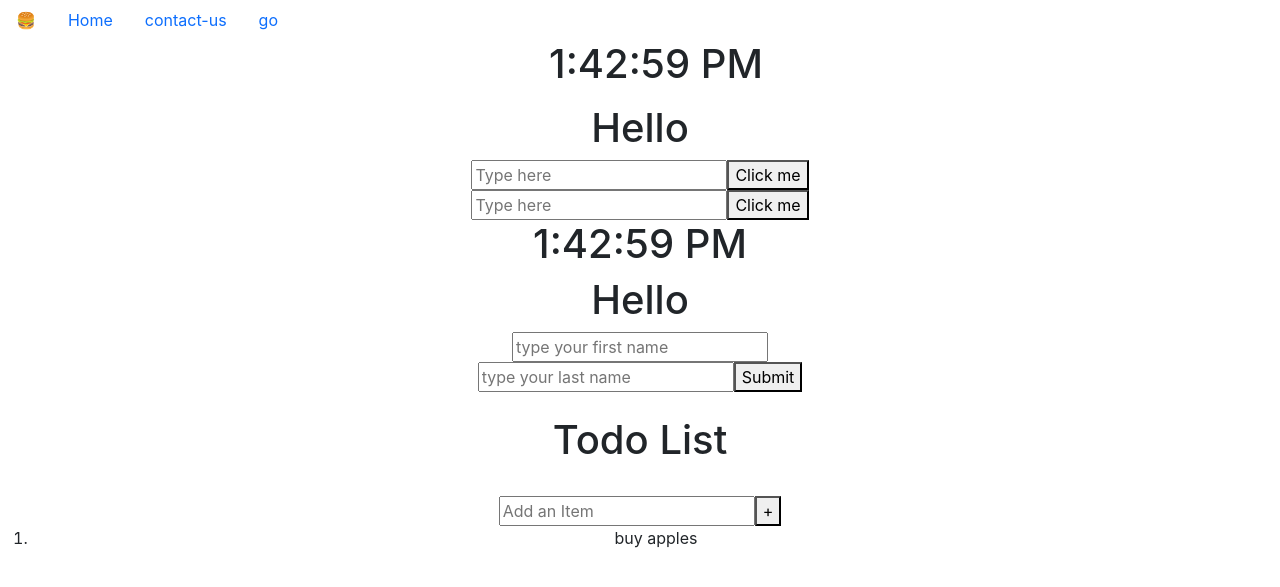
Repository: shah-zx/React-learning
Page: /
An editor plug-in stored every save of this project. The page is shown before and after the next save, followed by the edit.
The browser window is 1280 px wide. The pictures show the whole page.
The project was rebuilt for these pictures with package versions that can differ from the ones it lists, and the page was loaded fresh each time. Also part of the build but not shown: src/components/Greet.js, src/components/Welcome.js, src/components/Swagat.js, src/components/Namaste.js, src/components/Hello.js, src/components/ayiye.js, src/components/Message.js, src/components/Thought.js and 47 more. Imported but missing from the stored project, and not drawn on this page: src/components/Indexaskeyantipattern.

Above is the page before, as saved 2021-11-12 22:21:01.

### public/index.html
<!DOCTYPE html>
<html lang="en">
  <head>
    <meta charset="utf-8" />
    <link rel="icon" href="%PUBLIC_URL%/favicon.ico" />
    <meta name="viewport" content="width=device-width, initial-scale=1" />
    <meta name="theme-color" content="#000000" />
    <meta
      name="description"
      content="Textutility is a text based utility whuc can be used to manipulate your text in way you want"
    />
    <link rel="apple-touch-icon" href="%PUBLIC_URL%/logo192.png" />
    <!--
      manifest.json provides metadata used when your web app is installed on a
      user's mobile device or desktop. See https://developers.google.com/web/fundamentals/web-app-manifest/
    -->
    <link rel="manifest" href="%PUBLIC_URL%/manifest.json" />
    <!--Bootstrap CSS-->
    <link href="https://cdn.jsdelivr.net/npm/bootstrap@5.1.3/dist/css/bootstrap.min.css" rel="stylesheet" integrity="sha384-1BmE4kWBq78iYhFldvKuhfTAU6auU8tT94WrHftjDbrCEXSU1oBoqyl2QvZ6jIW3" crossorigin="anonymous">
    <!--
      Notice the use of %PUBLIC_URL% in the tags above.
      It will be replaced with the URL of the `public` folder during the build.
      Only files inside the `public` folder can be referenced from the HTML.

      Unlike "/favicon.ico" or "favicon.ico", "%PUBLIC_URL%/favicon.ico" will
      work correctly both with client-side routing and a non-root public URL.
      Learn how to configure a non-root public URL by running `npm run build`.
    -->
    <title>Infuzex</title>
  </head>
  <body>
    <noscript>You need to enable JavaScript to run this app.</noscript>
    <div id="root"></div>
    <div id="portal-root"></div>

    <!--
      This HTML file is a template.
      If you open it directly in the browser, you will see an empty page.

      You can add webfonts, meta tags, or analytics to this file.
      The build step will place the bundled scripts into the <body> tag.

      To begin the development, run `npm start` or `yarn start`.
      To create a production bundle, use `npm run build` or `yarn build`.
    -->
    <!--Bootstrap JS-->
  <script src="https://cdn.jsdelivr.net/npm/bootstrap@5.1.3/dist/js/bootstrap.bundle.min.js" integrity="sha384-ka7Sk0Gln4gmtz2MlQnikT1wXgYsOg+OMhuP+IlRH9sENBO0LRn5q+8nbTov4+1p" crossorigin="anonymous"></script>
 </body>
</html>

### src/App.js
import logo from './logo.svg';
import './App.css';
import React, { useState } from 'react';
import Greet from './components/Greet'
import Welcome from './components/Welcome'
import Swagat from './components/Swagat'
import Namaste from './components/Namaste'
import Hello from './components/Hello'
import Ayiye from './components/ayiye';
import Message from './components/Message'
import Thought from './components/Thought'
import Counter from './components/Counter'
import Functionalclick from './components/Functionalclick'
import Eventbind from './components/Eventbind'
import ParentComponent from './components/ParentComponent';
import CoditionalRendering from './components/CoditionalRendering';
import Namelist from './components/Namelist';
import Indexaskeyantipattern from './components/Indexaskeyantipattern'
import Stylesheet from './components/Stylesheet'
import Inline from './components/Inline'
import './appStyles.css'
import styles from './appStyles.module.css'
import Form from './components/Form';
import Fragments from './components/Fragments';
import Tables from './components/Tables';
import Columns from './components/Columns';
import Purecomponents from './components/Purecomponents'
import Parentcomp from './components/Parentcomp';
import MemoComp from './components/MemoComp'
import RefsDemo from './components/RefsDemo';
import Focusinput from './components/Focusinput'
import FRparentinput from './components/FRparentinput';
import Portaldemo from './components/Portaldemo'
import Practice1 from './components/Practice1';
import Practice2 from './components/Practice2';
import Clickcounter from './components/Clickcounter';
import HoverCount from './components/HoverCount'
import Componentone from './components/Componentone'
import ClickcounterTwo from './components/ClickcounterTwo';
import HovercounterTwo from './components/HovercounterTwo'
import Hovering from './components/Hovering';
import User from './components/User'
import Counterforcountandhover from './components/Counterforcountandhover';
import Navbar from './components/Navbar';
import TextForm from './components/TextForm';
import About from './components/About';
import Alert from './components/Alert';
import {
  BrowserRouter as Router,
  Switch,
  Route,
  Link

} from "react-router-dom";
import One from './practice_components/One';
import Alert_pr from './practice_components/Alert_pr';
import Footer from './components/Footer';
import Textarea from './practice_components/Textarea';
import NotesState from '../src/context/notes/NotesState'
import Hooks from './practice_components/Hooks';
import Time from './practice_components/Time';
import Dclock from './practice_components/Dclock';
import Handlingevents from './practice_components/Handlingevents'
import Forms from './practice_components/Forms';
import Login from './practice_components/Login';
import Todo from './practice_components/Todo'
function App() {
  // const [darkMode , setDarkMode] = useState(false)  // Wether dark mode is enabled or disabled //
  const [alert, setAlert] = useState(null);  // This is used for setting the state //
  const showAlert = (message, type) => {    // This is for showing the alert

    setAlert({
      msg: message,
      type: type
    })
    setTimeout(() => {  // This will help us to fade out the text message after 2 seconds //
      setAlert(null);
    }, 2000);
  }

  return (
    <>
    <NotesState>
      <Router>

        <div className="App">
          {

            <Navbar title= "🍔" Abouttext="Home" cont="contact-us" hello="go" />
       // Passing the props //
      /*      <Greet name = "hamza" heroName = "Batman"/>
      {/* <Greet name = ""  <Greet name = "shahnawaz" superName = "Superman"/>
      <Greet name = "rahul" wonderName = "women"/>

      {/*<Welcome />
      <Swagat />
      <Namaste />
      <Hello />
      <Ayiye naam="shahnawaz" elder="Brother" />
      <Ayiye naam="hamza" younger="Brother" /> */}
          {/* <Greet name="shahnawaz" heroName="Batman" /> */}
          {/* <Greet /> */}
          {/* <Welcome name="Hamza" heroName="Superman" /> */}
          {/* <Message />
      <Thought />
      <Counter /> */}
          {/* <ParentComponent /> */}
          {/* <Functionalclick /> */}
          {/* <Eventbind /> */}
          {/* <CoditionalRendering /> */}
          {/* <Namelist />  */}
          {/* <Indexaskeyantipattern /> */}
          {/* <Stylesheet primary = {true} />
      <Inline />
      <h1 className='error'>Error</h1>
      <h1 className={styles.success}>Success</h1>
      <Form /> */}
          {/* <Purecomponents /> */}
          {/* <Fragments /> */}
          {/* <Tables /> */}
          {/* <Parentcomp /> */}
          {/* <MemoComp /> */}
          {/* <Practice1 naam="romeo" herokanaam="billu" /> */}
          {/* <Hello />
      <RefsDemo />
      <Focusinput />
      <FRparentinput />
      <Portaldemo /> */}
          {/* <Practice2 /> */}
          {/* <Clickcounter /> */}
          {/* <HoverCount /> */}
          {/* <Componentone /> */}
          {/* <ClickcounterTwo /> */}
          {/* <HovercounterTwo /> */}
          {/* <Hovering /> */}
          {/* <User render={(isLoggedIn) => isLoggedIn ? 'Rendered' : 'Guest'} />   */}
          {/* <Counterforcountandhover render = {(count , incrementCount) => <ClickcounterTwo count = {count} incrementCount = {incrementCount}/> }/> */}
          {/* <Counterforcountandhover render = {(count , incrementCount) => <Hovering count = {count} incrementCount = {incrementCount}/> }/> */}
          {/* <Hooks/>
          <Time /> */}
          <Forms/>
          {/* <Handlingevents /> */}
          <Dclock/>
          <Login />
          <Todo />
          <Alert alert={alert} />
          {/* <div className="alert">
            <Alert_pr showAlert={showAlert} />
          </div>
          <div classname="greet">
            <Greet />
          </div>
          <div className="container my-3" >
            <Switch>
              <Route path="/about">
                <About />
                {/* <Ayiye/> */}
              {/* </Route>
              <Route path="/">
                <TextForm showAlert={showAlert} heading="Enter the text to see :" />
                <div className="txt">
                  <Textarea st="checkbox"/>
                </div>
                <div className="red_card">
                  <One />
                  <div className="container">
                    <Footer heading = "Footer" link1 = "Facebook" ls = "Twitter" oneLink = "Instagram" secLink = "LinkedIn"/>
                  </div>
                </div>
              </Route>
            </Switch>
            {/* <About /> */}
          </div>
          {/* <About /> */}
        {/* </div> */}
      </Router>
    </NotesState>
    </>
  );
}

export default App;  // This is the place where we have exported our App //

// Functional components : takes properties ( a js function takes the props and returns the jsx code --> HTML code )
// As soon as we import the Greet Component we have to import it to our main App.js and use it as an html tag
// Class components : They can also recieve input as props and retun html code
// It can maintain some data private to that component
// The user component will make sure the user is logged in or not

### src/App.css
.App {
  text-align: center;
}

.App-logo {
  height: 40vmin;
  pointer-events: none;
}

@media (prefers-reduced-motion: no-preference) {
  .App-logo {
    animation: App-logo-spin infinite 20s linear;
  }
}

.App-header {
  background-color: #282c34;
  min-height: 100vh;
  display: flex;
  flex-direction: column;
  align-items: center;
  justify-content: center;
  font-size: calc(10px + 2vmin);
  color: white;
}

.App-link {
  color: #61dafb;
}

@keyframes App-logo-spin {
  from {
    transform: rotate(0deg);
  }
  to {
    transform: rotate(360deg);
  }
}

/*
.red_card {
  display: flex;
  flex-wrap: wrap;
} */

.container {
  margin-top: 2em;
}

### src/components/Navbar.js
// Here we are making a navbar component //

import React from 'react'
import PropTypes from 'prop-types' // Importing the proptypes from props //
import {Link} from 'react-router-dom' // Importing the Link  , thing to remember : exporting not as DEFAULT //
import Dclock from '../practice_components/Dclock'
export default function Navbar(props) {

    return (
      <>
        <ul className="nav">
        <li className="nav-item">
          <Link className="nav-link active" aria-current="page" to="/">{props.title}</Link>
        </li>
        <li className="nav-item">
          <Link className="nav-link" to="about">{props.Abouttext}</Link>
        </li>
        <li className="nav-item">
          <Link className="nav-link" to="/">{props.cont}</Link>
        </li>
        <li className="nav-item">
          <a className="nav-link">{props.hello}</a>
        </li>
      </ul>
      <ul>
      <Dclock/>
      </ul>
      </>
    )
}
Navbar.propTypes = {      // These are our navbar properties //
                      title : PropTypes.string.isRequired ,
                      Abouttext : PropTypes.string
                   }

Navbar.defaultProps = {title : 'set title here' ,
                        Abouttext : 'set abouttext here'
                    }

### src/context/notes/NotesState.js
import react, { useState } from 'react';
import noteContext from './noteContext'

const NotesState = (props) => {
    const s1 = {
        "name": "Shahnawaz",
        "class": "5a"
    }
    const [state, setState] = useState(s1)
    const update = () => {
        setTimeout(() => {
            setState({
                "name": "hamza",
                "class": "12a"
            })
        }, 3000);
    }
    return (
        <noteContext.Provider value={{ state, update }}>
            {props.children}
        </noteContext.Provider>


    )
}

export default NotesState;

### src/practice_components/Dclock.jsx
import React , {useState} from 'react'

function Dclock() {

   let time = new Date().toLocaleTimeString();

   const[ctime , setTime] = useState(time)

   const updateTime = () => {
      let newtime = new Date().toLocaleTimeString();
      setTime(newtime)
   }

   setInterval(updateTime,1000) // This function will take a call back function and the interval after which the event will take place

    return (
        <>
            <h1>{ctime}</h1>
        </>
    )
}

export default Dclock

### src/practice_components/Forms.jsx
import React, { useState } from 'react'



function Forms() {

    const [fullName, setfullName] = useState({
        fname : "" ,
        lname : "" ,
    });

    const inputEvent = (event) => {  // We are passing the text we will be weiting in the input in an object called event
        // setName(event.target.value)
    };

    const onSubmits = (event) => {
        event.preventDefault();
        alert('Form submitted successfully')
    }


    const handleChange = () => {
        // setFullName(name);
    }
    return (
        <>
        <div className="main_div">
        <form onSubmit = {onSubmits}>
            <h1>Hello {fullName.fname} {fullName.lname}</h1>
            <input type="text"
                placeholder="Type here"
                value={fullName.fname}
                onChange={inputEvent}
                name = "fname">
                </input>
            <button onClick={handleChange}
                type="submit">Click me </button>
            <br />
            <input type="text"
                placeholder="Type here"
                value={fullName.lname}
                onChange={inputEvent}
                name = "lname">
                </input>
            <button onClick={handleChange}
                type="submit">Click me </button>
                </form>
                </div>
        </>
    )
}

export default Forms

// Note : as we do for button , which is onClick , we do for input field also : that is onChange
//    console.log(event.target.value)  // accessing our text

### src/practice_components/Login.jsx
import React, { useState } from 'react'

function Login() {

  const [name, setName] = useState("")

  const [lastName, setLastName] = useState("");

  const [fullName, setfullName] = useState("")

  const [lastNamenew , setlastNamenew] = useState("")

  const onSubmits = (event) => {
    event.preventDefault();  // This will help in preventing the default behaviour of the form
    setfullName(name)
    setlastNamenew(lastName)
  }

  const handleThat = (event) => {
    setName(event.target.value);
  }

  const handleThattwo = (event) => {
    setLastName(event.target.value)
  }

  return (
    <>
      <div className="main_div">
        <form onSubmit={onSubmits}>
          <h1>Hello {fullName} {lastNamenew}</h1>
          <input
            onChange={handleThat}
            type="text"
            placeholder="type your first name"
            value={name}>
          </input>
          <br/>
          <input
          type = "text"
          onChange = {handleThattwo}
          placeholder = "type your last name"
          value = {lastName}>
          </input>
          <button type="submit">Submit</button>
        </form>
      </div>
    </>
  )
}

export default Login

### src/practice_components/Todo.js
import React from 'react'

function App() {
    return (
        <div className="main_div">
        <div className="center_div">
            <br />
            <h1>Todo List</h1>
            <br />
            <input type="text" className="" placeholder = "Add an Item" />
            <button> + </button>
            <ol>
                <li>buy apples</li>
            </ol>
        </div>

        </div>
    )
}

export default App

### src/context/notes/noteContext.js
import { createContext } from "react";
const noteContext = createContext();   // Here we craeted a new context which will hold our states


export default noteContext;


// Here we have formed the context API

Loaded but not shown: src/index.js (common file); src/index.css (common file); src/reportWebVitals.js (common file)

After the next save:
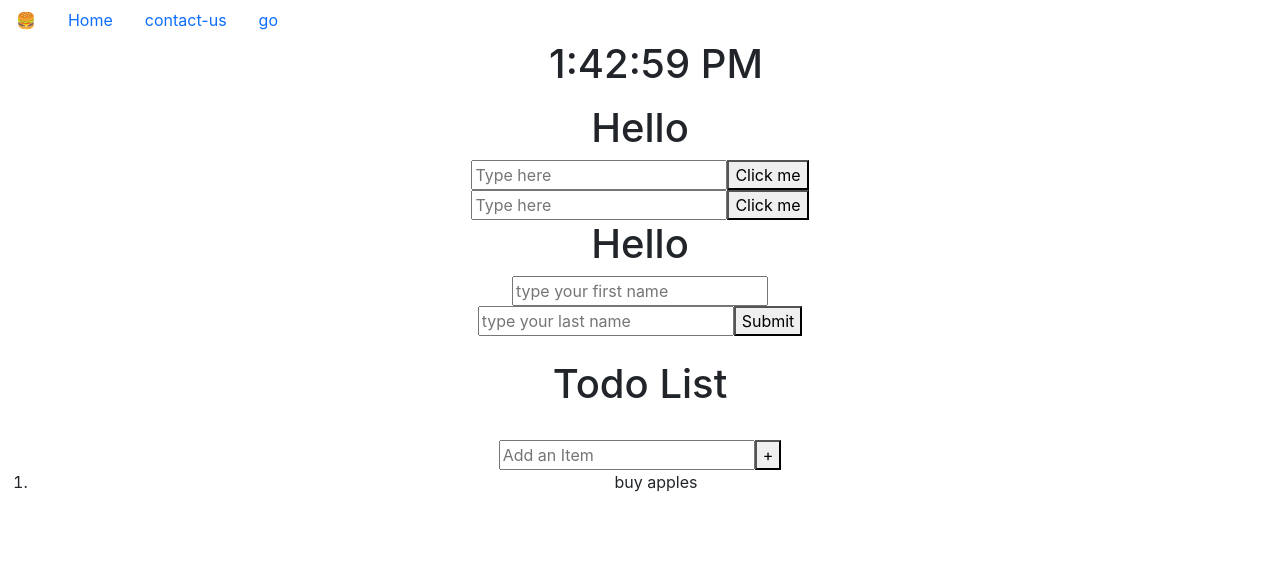
Saved 29 s later.
--- a/src/App.js
+++ b/src/App.js
@@ -140,7 +140,6 @@ function App() {
           <Time /> */}
           <Forms/>
           {/* <Handlingevents /> */}
-          <Dclock/>
           <Login />
           <Todo />
           <Alert alert={alert} />
